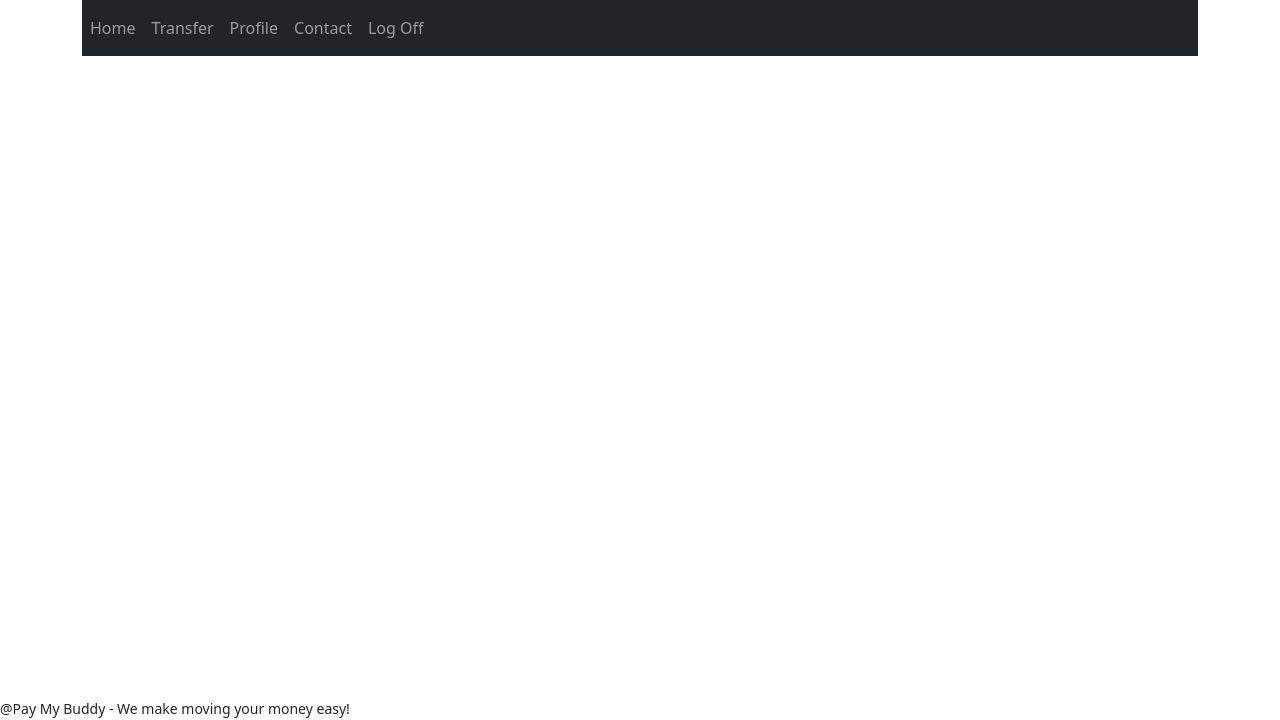
Repository: Am-BOUK/paymybuddy
Page: http://localhost/index
The author's editor kept a copy of each file at every save. The page is drawn from the files as they stood at one save, then again after the next save.
The browser window is 1280 px wide. The pictures show the whole page.
The page is this project's Thymeleaf template; nobody is signed in. The template is opened directly, without the code that normally fills it, so the values that code supplies are empty.

Above is the page before, as saved 2021-12-15 19:06:32.

After the next save:
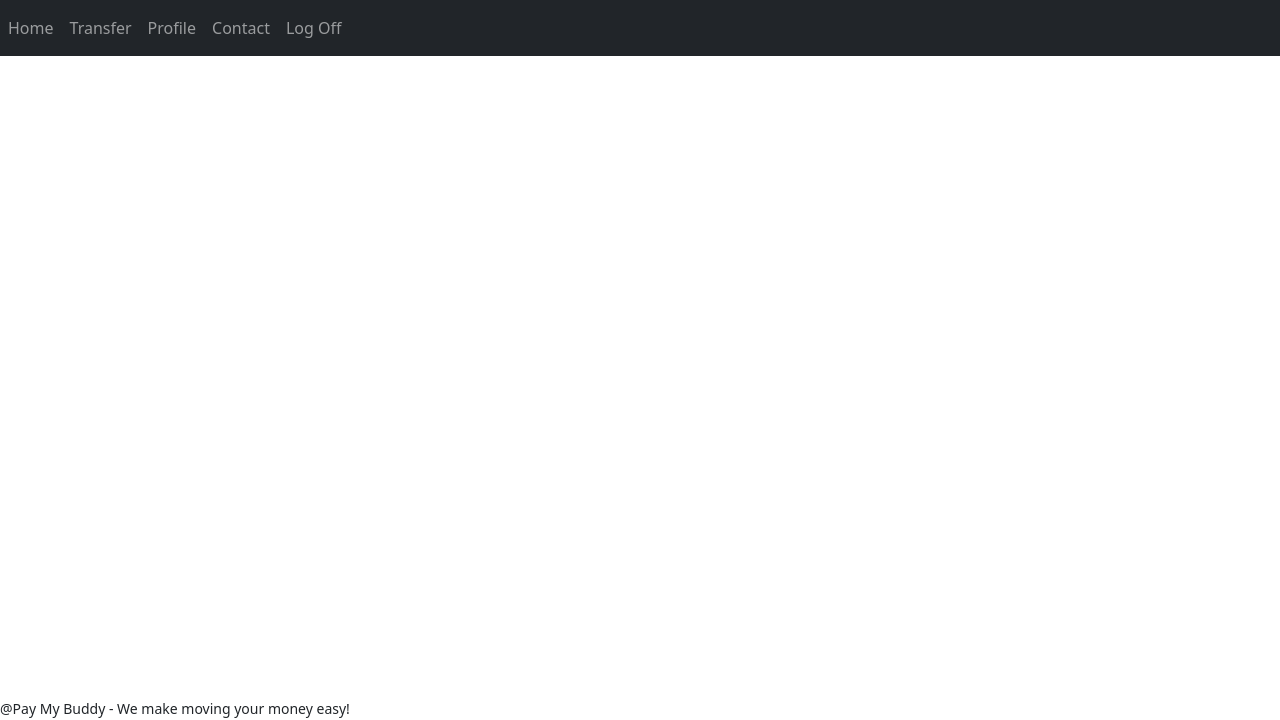
Saved 73 s later.
--- a/PayMyBuddy/src/main/resources/templates/index.html
+++ b/PayMyBuddy/src/main/resources/templates/index.html
@@ -17,8 +17,7 @@
 </head>
 <body>
 	<header>
-		<div class="container">
-			<div>
+
 				<nav class="navbar navbar-expand-sm bg-dark navbar-dark">
 					<ul class="navbar-nav">
 						<li class="nav-item"><a class="nav-link" th:href="home">Home</a>
@@ -33,9 +32,7 @@
 								Off</a></li>
 					</ul>
 				</nav>
-			</div>
 
-		</div>
 	</header>
 	<section layout:fragment="content"></section>
 

After the save that followed:
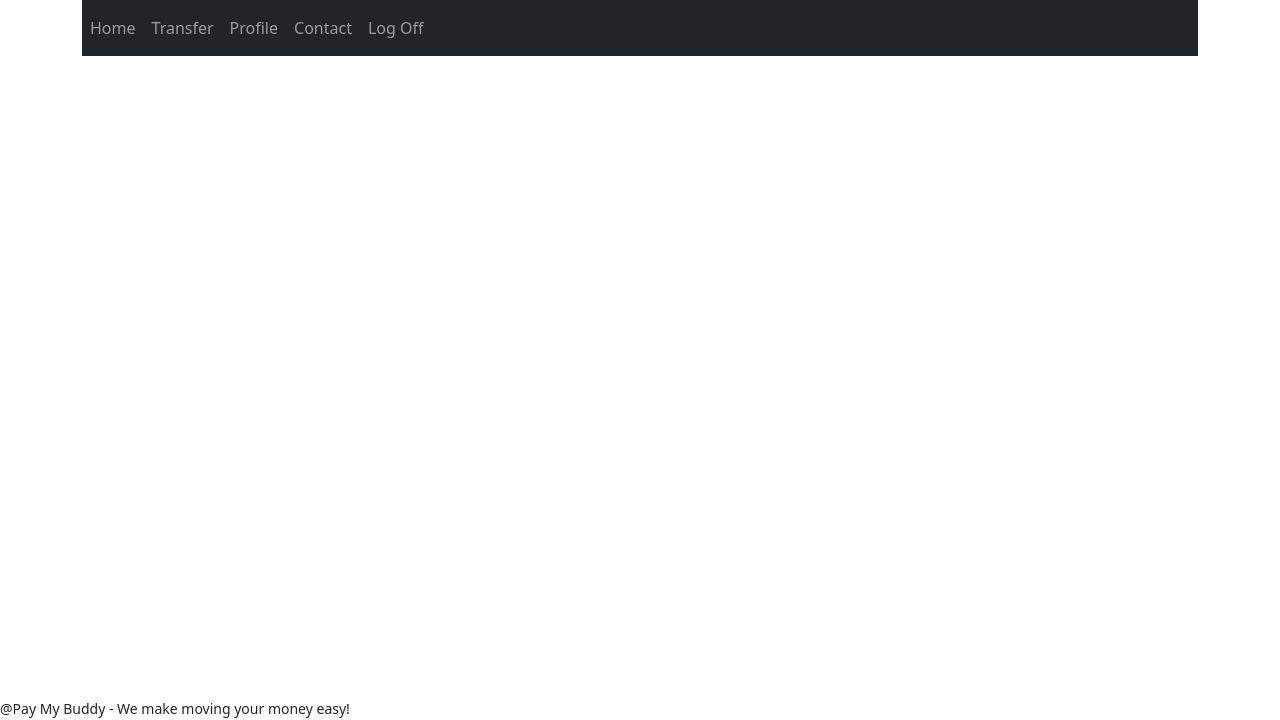
Saved 19 s later.
--- a/PayMyBuddy/src/main/resources/templates/index.html
+++ b/PayMyBuddy/src/main/resources/templates/index.html
@@ -17,7 +17,8 @@
 </head>
 <body>
 	<header>
-
+		<div class="container">
+			<div>
 				<nav class="navbar navbar-expand-sm bg-dark navbar-dark">
 					<ul class="navbar-nav">
 						<li class="nav-item"><a class="nav-link" th:href="home">Home</a>
@@ -32,7 +33,9 @@
 								Off</a></li>
 					</ul>
 				</nav>
+			</div>
 
+		</div>
 	</header>
 	<section layout:fragment="content"></section>
 
